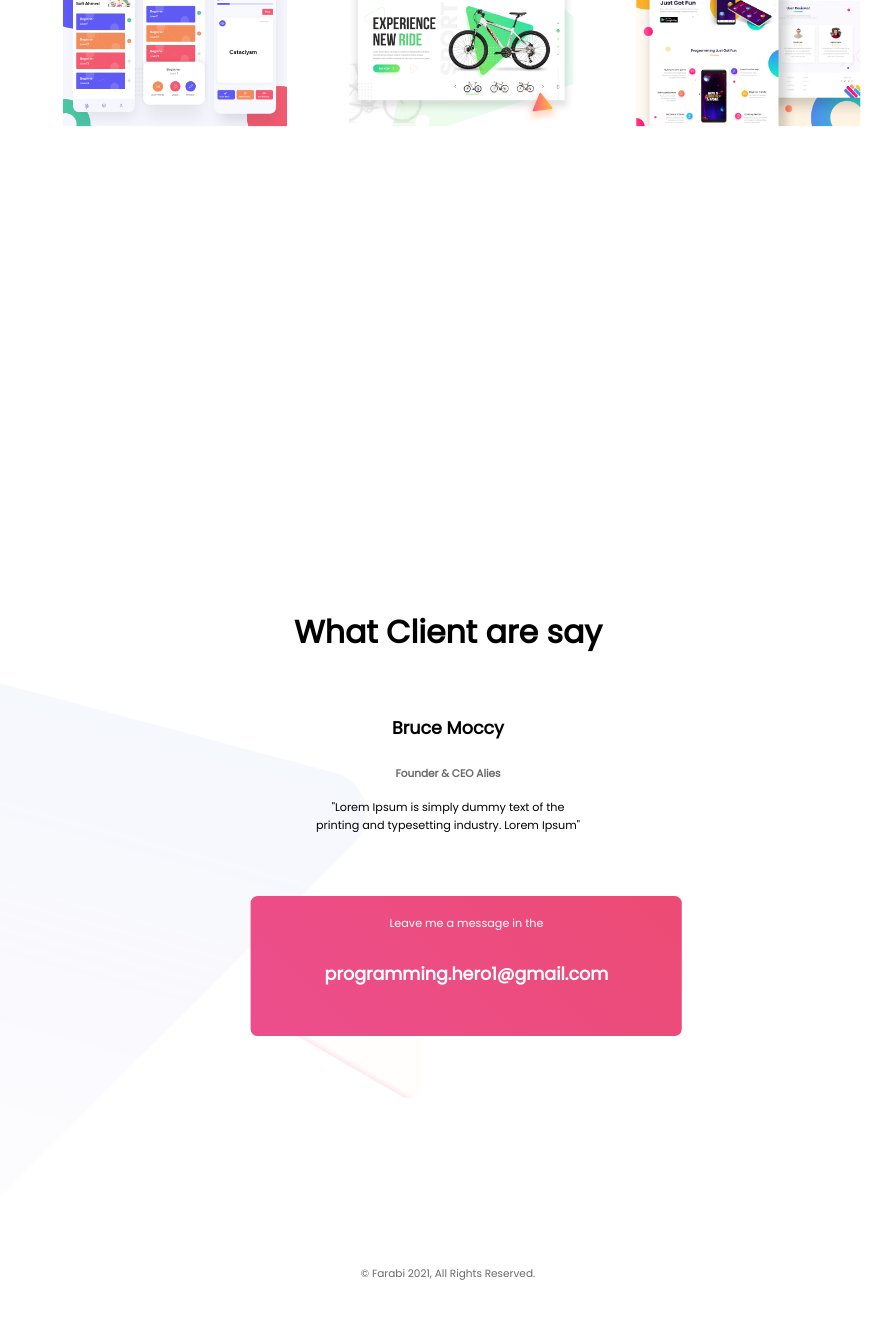
Repository: mohsinfarabi/personal-website
Page: index.html
These files come from the project's save history. The page is drawn as it stood at one moment and after the next save; the edit follows.
The browser window is 1280 px wide. The pictures show the part of the page from y = 2483 to 4403 px (the page is 4403 px tall), at 70% of full size.

Above is the page before, as saved 2020-07-01 17:06:47.

### index.html
<!DOCTYPE html>
<html lang="en">

<head>
    <meta charset="UTF-8">
    <meta name="viewport" content="width=device-width, initial-scale=1.0">
    <link href="https://fonts.googleapis.com/css2?family=Poppins" rel="stylesheet">
    <link rel="stylesheet" href="style.css">
    <title>Farabi - Web Developer</title>
</head>

<body>
    <section class="header-banner">
        <div class="half-width half-width-content">
            <h3>Hello I'm</h3>
            <h2>Mohsin Farabi</h2>
            <p>You might saw me jumping, climbing buildings, and stopping trains. But nobody pays me a dime for that work. That's why I am learning and mastering web development. I will not stop until I become the Web Development Hero.</p>
            <a class="link-button" target="_blank" href="https://www.linkedin.com/in/mohsin-farabi-68655040/">HIRE ME</a>
        </div>

        <div class="img-width">
            <img src="images/peter.png" alt="">
        </div>
    </section>
    <section class="biography">
        <div class="half-width">
            <img src="images/peter_dream.png" alt="">
        </div>
        <div class="half-width half-width-content">
            <h3>Biography</h3>
            <p>Lorem ipsum dolor sit amet, consectetur adipiscing elit. Integer vulputate rutrum lacus vitae eleifend. Morbi tempus tincidunt sagittis. Cras ac venenatis augue, a ornare augue. Vivamus tristique lobortis quam, in auctor urna convallis sit
                amet. Vivamus eros mi, eleifend quis consequat ac, porttitor quis ligula. Proin aliquet aliquam nunc, eu egestas felis.</p>
            <a class="link-button" target="_blank" href="https://www.facebook.com/farabi.mohsin">Download CV</a>

        </div>
    </section>
    <section class="latest-work">
        <h3>My Latest Work</h3>
        <div class="showcase-width">
            <img src="images/latest-work/work-1.png" alt="">
        </div>
        <div class="showcase-width">
            <img src="images/latest-work/work-2.jpg" alt="">
        </div>
        <div class="showcase-width">
            <img src="images/latest-work/work-3.jpg" alt="">
        </div>

    </section>
    <section class="bottom-panel">
        <h3>What Client are say</h3>
        <h4>Bruce Moccy</h4>
        <h5>Founder & CEO Alies</h5>
        <p>"Lorem Ipsum is simply dummy text of the <br> printing and typesetting industry. Lorem Ipsum"</p>
        <div class="message-panel">
            <p>Leave me a message in the</p>
            <h5>programming.hero1@gmail.com</h5>
        </div>
    </section>
    <footer>
        <p>© Farabi 2021, All Rights Reserved.</p>
    </footer>



</body>

</html>

### style.css
body {
    margin: 0;
    font-family: 'Poppins', sans-serif;
    width: 100%;
    height: 100%;
}

h2 {
    font-size: 50px;
    color: #ec4b74;
    font-weight: 700;
}

h3 {
    font-size: 30px;
}

p {
    color: dimgray;
    margin-bottom: 7%;
}

.half-width {
    width: 30%;
    float: left;
    margin-left: 5%;
    padding: 5%;
}

.half-width-content {
    padding-top: 15%;
    margin-left: 10%;
}

.half-width img {
    width: 100%;
    height: 100%;
    padding-left: 20%;
}

.img-width {
    width: 35%;
    float: left;
    margin-left: 2%;
    margin-top: 10%;
    padding-left: 0;
}

.img-width img {
    width: 100%;
    height: 100%;
}

.showcase-width {
    width: 25%;
    float: left;
    margin-left: 2%;
    padding-left: 5%;
    padding-top: 7%;
}

.showcase-width img {
    width: 100%;
    height: 100%;
}

.latest-work h3 {
    text-align: center;
    padding-top: 10%;
}

.bottom-panel h3 {
    text-align: center;
    padding-top: 10%;
    font-size: 45px;
}

.bottom-panel h4 {
    text-align: center;
    padding-top: 3%;
    font-size: 25px;
}

.bottom-panel h5 {
    text-align: center;
    color: dimgray;
    font-size: 15px;
}

.bottom-panel p {
    text-align: center;
    color: black;
}

section {
    height: 900px;
    padding-bottom: 150px;
}

.link-button {
    text-decoration: none;
    background-image: linear-gradient(45deg, #ec4e8d, #ec4b74);
    padding: 10px 20px;
    border-radius: 5px;
    color: white;
    font-weight: 400;
}

.header-banner {
    background-image: url("images/header-bg.png");
    background-repeat: no-repeat;
}

.biography {
    background-image: url("images/biography-bg.png");
    background-repeat: no-repeat;
}

.latest-work {
    background-image: url("images/latest-work-bg.png");
    background-repeat: no-repeat;
}

.bottom-panel {
    background-image: url("images/footer-bg.png");
    background-repeat: no-repeat;
}

.message-panel {
    margin-left: 28%;
    width: 45%;
    height: 20%;
    background-image: linear-gradient(45deg, #ec4e8d, #ec4b74);
    padding: 10px 20px;
    border-radius: 10px;
    text-align: center;
}

.message-panel p {
    color: white;
}

.message-panel h5 {
    color: white;
    font-size: 25px;
    padding-bottom: 10%;
}

footer p {
    text-align: center;
    font-size: 15px;
}

After the next save:
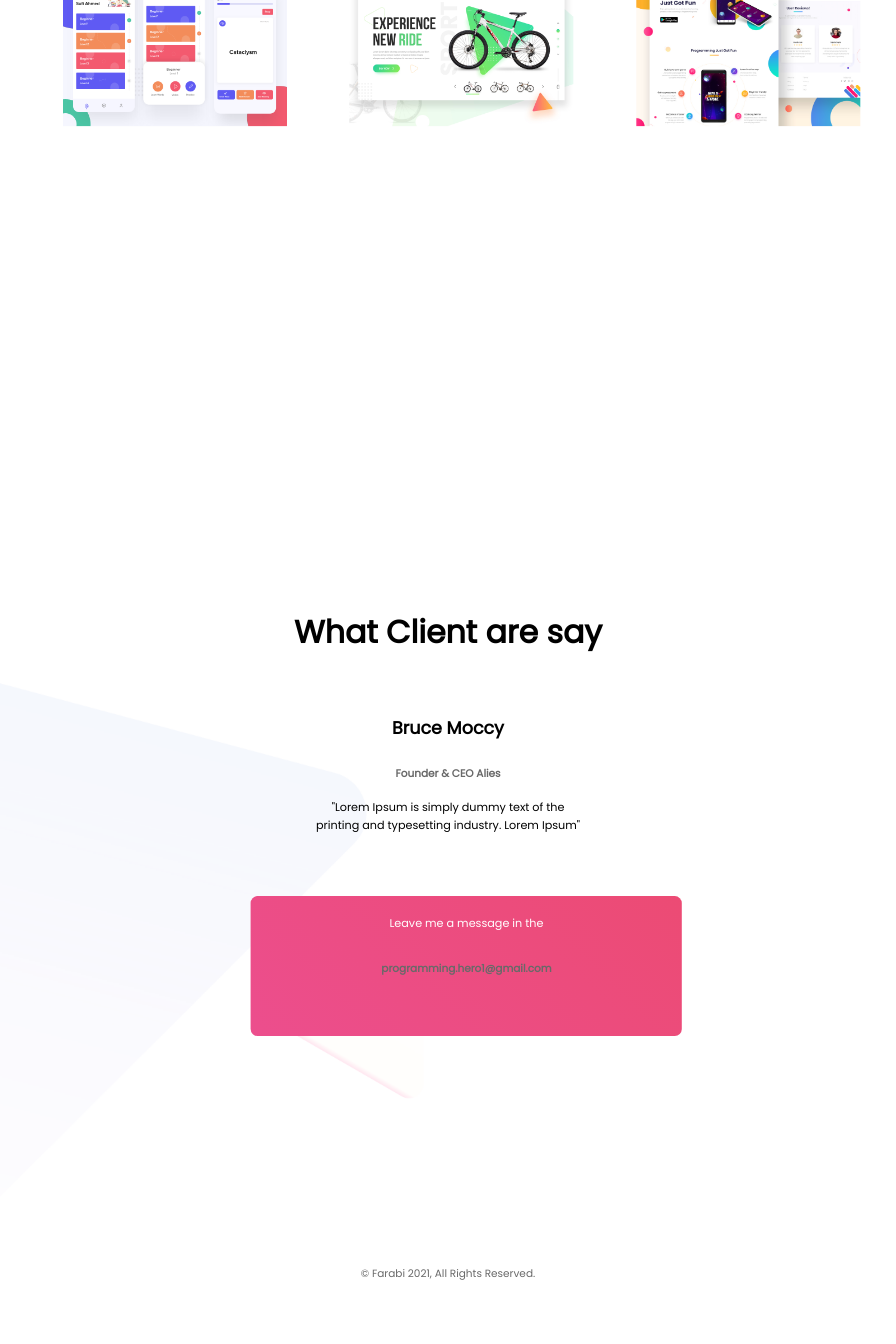
Saved 91 s later.
--- a/style.css
+++ b/style.css
@@ -140,7 +140,7 @@ section {
     color: white;
 }
 
-.message-panel h5 {
+.message-panel h4 {
     color: white;
     font-size: 25px;
     padding-bottom: 10%;
